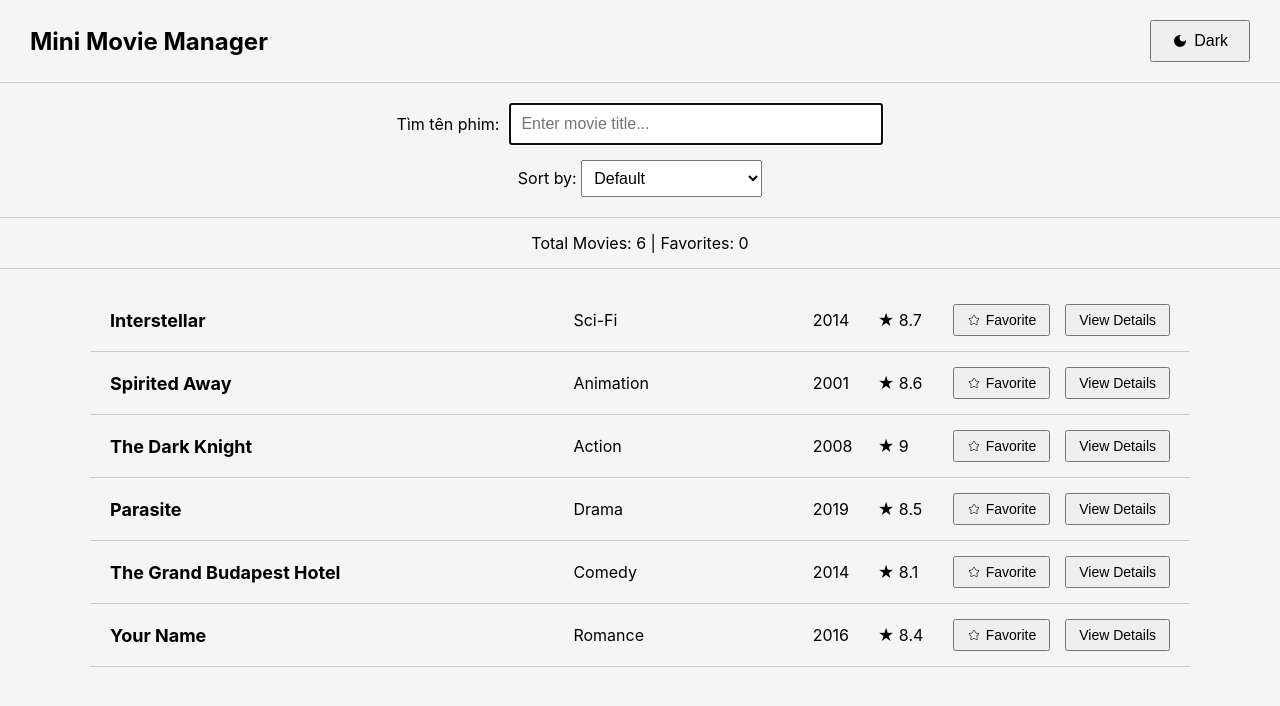
Repository: duyndhe195099/fer202_lab2
Page: /
An editor plug-in stored every save of this project. The page is shown before and after the next save, followed by the edit.
The browser window is 1280 px wide. The pictures show the whole page.
The project was rebuilt for these pictures with package versions that can differ from the ones it lists, and the page was loaded fresh each time. Also part of the build but not shown: src/components/MovieDetail.js.

Above is the page before, as saved 2026-10-02 11:05:43.

After the next save:
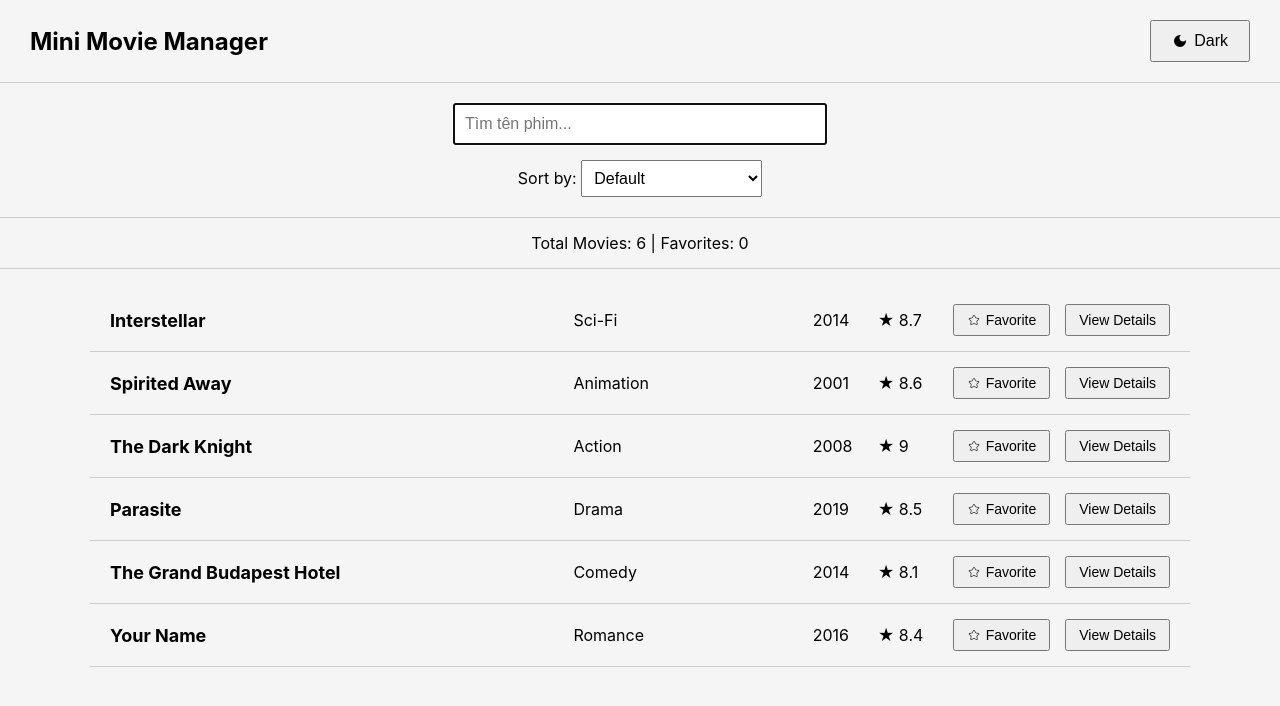
Saved 66 s later.
--- a/src/components/SearchBar.js
+++ b/src/components/SearchBar.js
@@ -15,15 +15,13 @@ function SearchBar({ keyword, setKeyword }) {
 
   return (
     <div style={{ display: "flex", justifyContent: "center", gap: "10px" }}>
-      <label style={{ alignSelf: "center", fontSize: "16px" }}>
-        Tìm tên phim:
-      </label>
+
 
       <input
         ref={inputRef}
         type="text"
         value={keyword}
-        placeholder="Enter movie title..."
+        placeholder="Tìm tên phim..."
         onChange={(e) => setKeyword(e.target.value)}
         style={{ width: "350px", padding: "10px", fontSize: "16px" }}
       />
